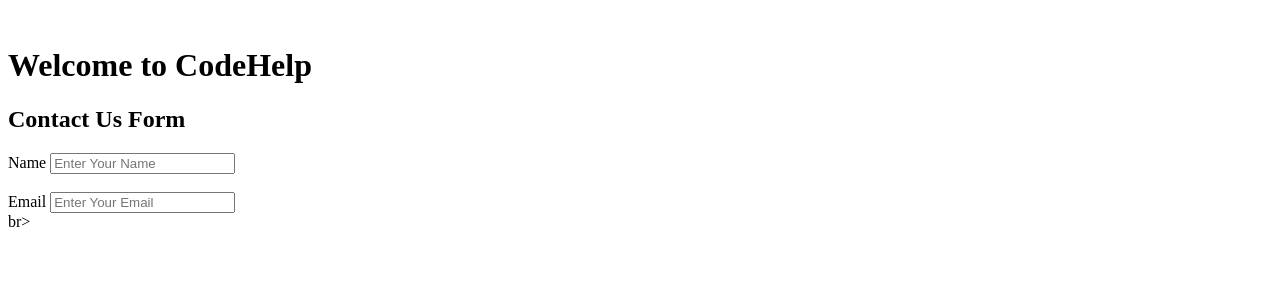
Repository: shoaib-1729/Web-Dev-Course_Dot-Batch_Love-Babbar
Page: 02_HTML Session Basics-to-Pro Level/03_HTML-Basics-Session-III/03_Code-Practice-Session-3/formsPractice.html
An editor plug-in stored every save of this project. The page is shown before and after the next save, followed by the edit.
The browser window is 1280 px wide. The pictures show the whole page.

Above is the page before, as saved 2023-07-29 16:14:10.

### 02_HTML Session Basics-to-Pro Level/03_HTML-Basics-Session-III/03_Code-Practice-Session-3/formsPractice.html
<!DOCTYPE html>
<html lang="en">

<head>
    <meta charset="UTF-8">
    <meta name="viewport" content="width=device-width, initial-scale=1.0">
    <title>Forms</title>
</head>

<br>
<h1>Welcome to CodeHelp</h1>

<h2>Contact Us Form</h2>

<label for="name">Name</label>
<input type="text" id="name" placeholder="Enter Your Name">
</br>
</br>

<label for="Email">Email</label>
<input type="email" id="Email" placeholder="Enter Your Email">
</br>

</html>br>


</body>

</html>

After the next save:
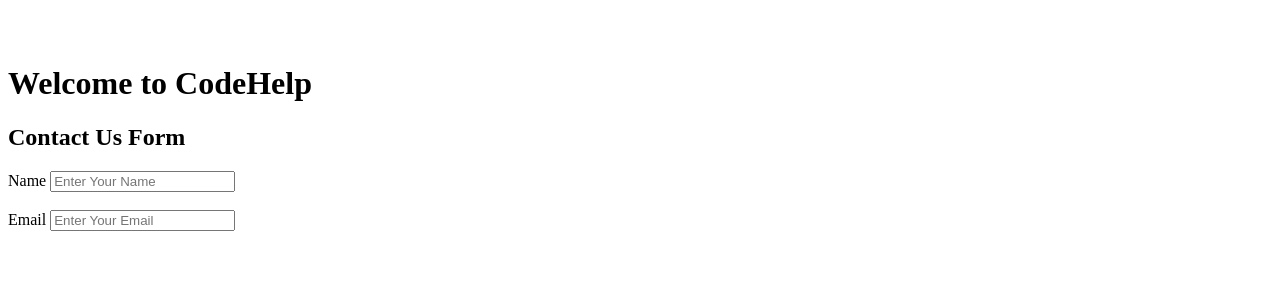
Saved 6 s later.
--- a/02_HTML Session Basics-to-Pro Level/03_HTML-Basics-Session-III/03_Code-Practice-Session-3/formsPractice.html
+++ b/02_HTML Session Basics-to-Pro Level/03_HTML-Basics-Session-III/03_Code-Practice-Session-3/formsPractice.html
@@ -1,5 +1,5 @@
 <!DOCTYPE html>
-<html lang="en">
+<br lang="en">
 
 <head>
     <meta charset="UTF-8">
@@ -20,8 +20,7 @@
 <label for="Email">Email</label>
 <input type="email" id="Email" placeholder="Enter Your Email">
 </br>
-
-</html>br>
+</br>
 
 
 </body>

After the save that followed:
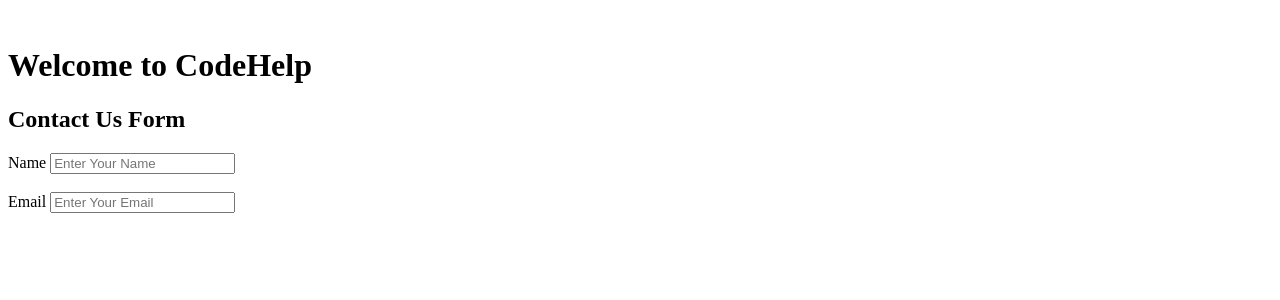
Saved 15 s later.
--- a/02_HTML Session Basics-to-Pro Level/03_HTML-Basics-Session-III/03_Code-Practice-Session-3/formsPractice.html
+++ b/02_HTML Session Basics-to-Pro Level/03_HTML-Basics-Session-III/03_Code-Practice-Session-3/formsPractice.html
@@ -7,20 +7,20 @@
     <title>Forms</title>
 </head>
 
-<br>
-<h1>Welcome to CodeHelp</h1>
+<body>
+    <h1>Welcome to CodeHelp</h1>
 
-<h2>Contact Us Form</h2>
+    <h2>Contact Us Form</h2>
 
-<label for="name">Name</label>
-<input type="text" id="name" placeholder="Enter Your Name">
-</br>
-</br>
+    <label for="name">Name</label>
+    <input type="text" id="name" placeholder="Enter Your Name">
+    </br>
+    </br>
 
-<label for="Email">Email</label>
-<input type="email" id="Email" placeholder="Enter Your Email">
-</br>
-</br>
+    <label for="Email">Email</label>
+    <input type="email" id="Email" placeholder="Enter Your Email">
+    </br>
+    </br>
 
 
 </body>
